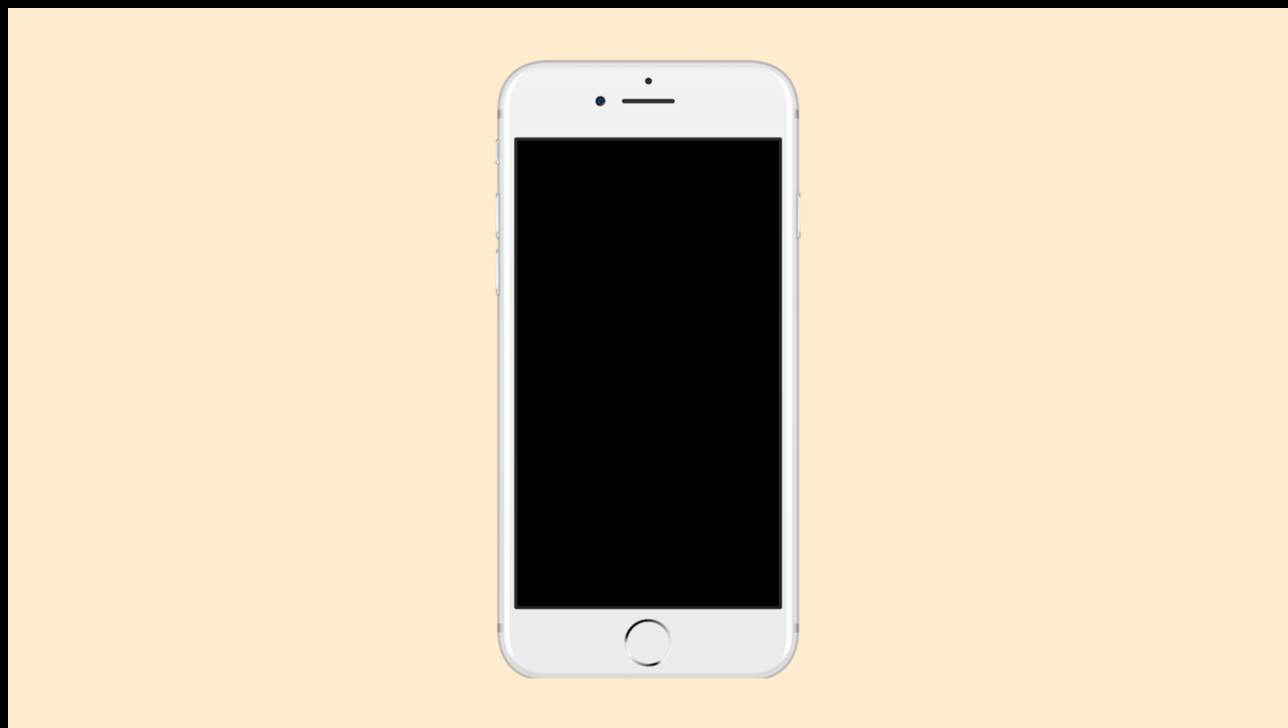
Repository: DorivalJunior14/Projeto-social
Page: index.html
These files come from the project's save history. The page is drawn as it stood at one moment and after a run of saves; the edit follows.
The browser window is 1280 px wide. The page is 1288 px wide, so the pictures cover 1288 px, including what lies to the right of the window. The pictures show the whole page.

Above is the page before, as saved 2022-06-24 14:20:27.

After the next 2 saves:
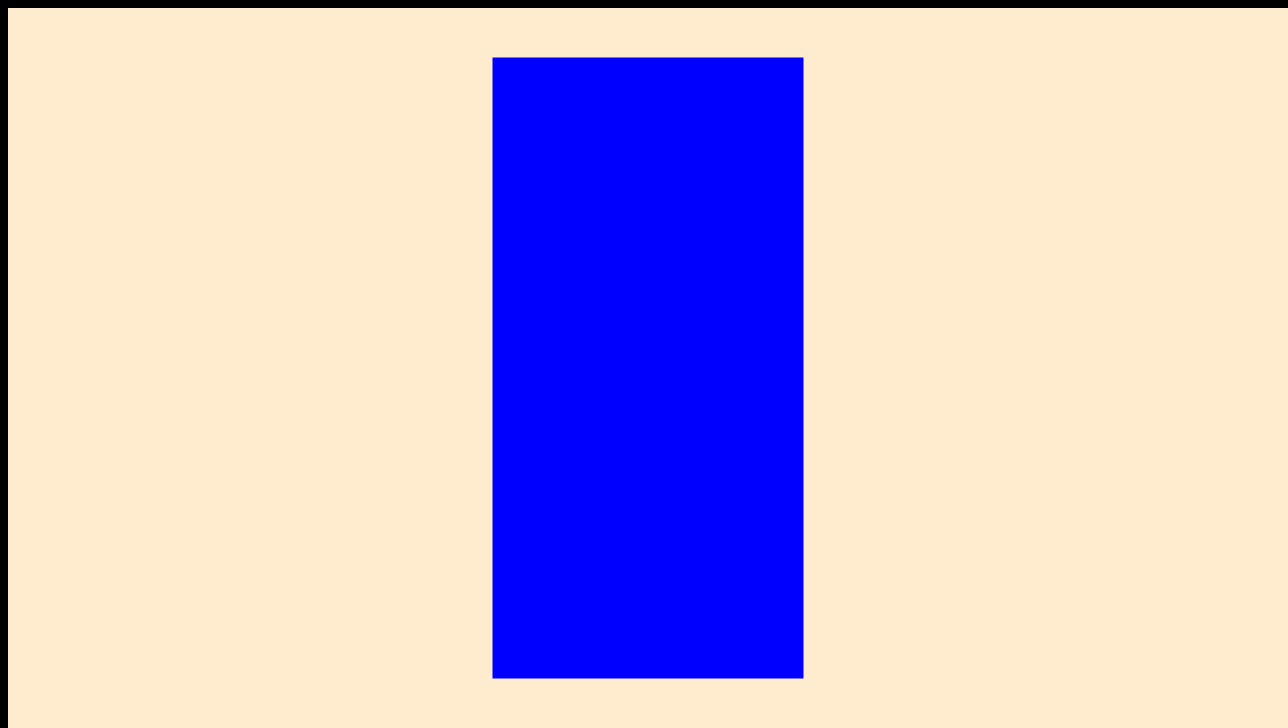
The 2 saves are shown as one change because they came seconds apart.
The last was saved 34 s later.
--- a/estilos/style.css
+++ b/estilos/style.css
@@ -27,7 +27,7 @@
     height: 621px;
     width: 311px;
     background-color: blue;
-    background: url('../imagens/frame-iphone.png');no-repeat
+    background: url('../imagens/frame-iphone.png') no-repeat
     transform: translate(-50%,-50%);
     -webkit-transform: translate(-50%,-50%);
     -moz-transform: translate(-50%,-50%);

After the save that followed:
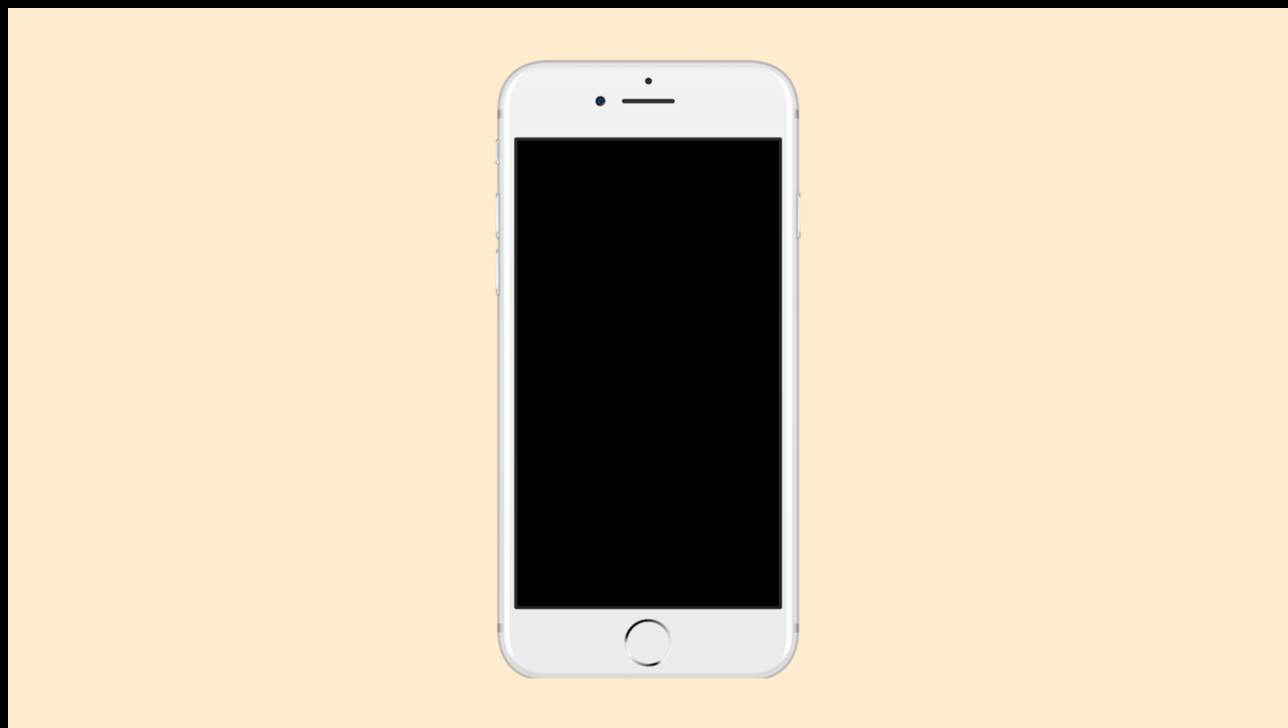
Saved 6 s later.
--- a/estilos/style.css
+++ b/estilos/style.css
@@ -27,7 +27,7 @@
     height: 621px;
     width: 311px;
     background-color: blue;
-    background: url('../imagens/frame-iphone.png') no-repeat
+    background: url('../imagens/frame-iphone.png') no-repeat;
     transform: translate(-50%,-50%);
     -webkit-transform: translate(-50%,-50%);
     -moz-transform: translate(-50%,-50%);
